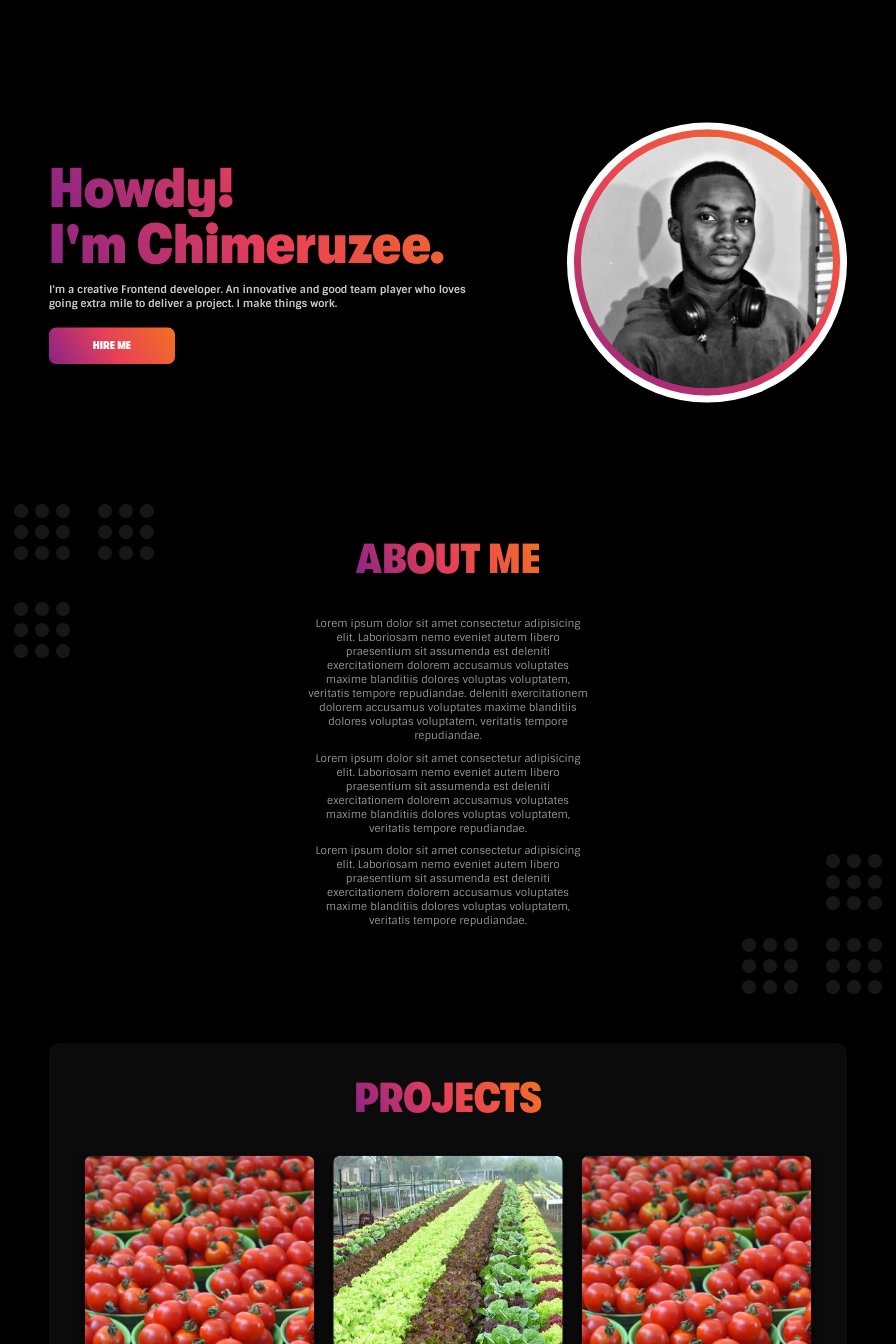
Repository: Ehceyn/ChimeruzeePortfolio
Page: /
These files come from the project's save history. The page is drawn as it stood at one moment and after the next save; the edit follows.
The browser window is 1280 px wide. The pictures show the part of the page from y = 0 to 1920 px (the page is 4485 px tall), at 70% of full size.
The project was rebuilt for these pictures with package versions that can differ from the ones it lists, and the page was loaded fresh each time. The framework's server and built-in components were replaced by stand-ins that run in the browser. Also part of the build but not shown: next.config.js, src/components/Header/Header.js, src/components/Timeline/Timeline.js, src/components/Accomplishments/Accomplishments.js.

Above is the page before, as saved 2022-07-16 21:58:27.

### pages/_app.js
import Layout from "../src/components/Layout/Layout";
import "../styles/global.css";

function MyApp({ Component, pageProps }) {
  return (
    <Layout>
      <Component {...pageProps} />
    </Layout>
  );
}

export default MyApp;

### pages/index.js
import MetaHead from "../src/components/MetaHead/MetaHead";
import Header from "../src/components/Header/Header";
import Hero from "../src/components/Hero/Hero";
import Projects from "../src/components/Projects/Projects";
import Technologies from "../src/components/Technologies/Technologies";
import Timeline from "../src/components/Timeline/Timeline";
import Accomplishments from "../src/components/Accomplishments/Accomplishments";
import Contact from "../src/components/Contact/Contact";
import Footer from "../src/components/Footer/Footer";
import About from "../src/components/About/About";

export default function Home() {
  return (
    <>
      <MetaHead
        title="Chimeruzee | Front-end developer"
        contentKeyword="web development, react development, frontend development, web design, programming"
        contentDescription="A Web designer and developer's portfolio"
      />
      {/* <Header /> */}
      <Hero />
      <About />
      <Projects />
      <Technologies />
      <Contact />
      <Footer />
    </>
  );
}

### src/components/Layout/Layout.js
import React from "react";

function Layout({ children }) {
  return <>{children}</>;
}

export default Layout;

### styles/global.css
@font-face {
  font-family: GTWalsheimPro;
  src: url(/fonts/GTWalsheimPro-CondensedBlack/GTWalsheimPro-CondensedBlack.ttf); /* IE9 Compat Modes */
  src: url(/fonts/GTWalsheimPro-CondensedBlack/GTWalsheimPro-CondensedBlack.ttf?iefix)
      format("embedded-opentype") /* IE6-IE8 */,
    url(/fonts/GTWalsheimPro-CondensedBlack/GTWalsheimPro-CondensedBlack.woff)
      format("woff") /* Super Modern Browsers */,
    url(/fonts/GTWalsheimPro-CondensedBlack/GTWalsheimPro-CondensedBlack.woff2)
      format("woff2") /* Pretty Modern Browsers */,
    url(/fonts/GTWalsheimPro-CondensedBlack/GTWalsheimPro-CondensedBlack.ttf)
      format("truetype"); /* Safari, Android, iOS */
  font-weight: 900;
  font-style: normal;
}

@font-face {
  font-family: Sintony-Bold;
  src: url(/fonts/Sintony/Sintony-Bold.ttf); /* IE9 Compat Modes */
  font-style: normal;
}

@font-face {
  font-family: Sintony-Regular;
  src: url(/fonts/Sintony/Sintony-Regular.ttf); /* IE9 Compat Modes */
  font-style: normal;
}

@tailwind base;
@tailwind components;
@tailwind utilities;

* {
  box-sizing: border-box;
  margin: 0;
  padding: 0;
}
html {
  font-size: 62.5%;
  scroll-behavior: smooth;
  background: black;
}
body {
  font-family: Sintony-Regular, "Segoe UI", sans-serif;
  font-size: 1.6rem;
  background: black;
  color: #ccc;
  cursor: default;
  max-width: 1700px;
  margin: auto;
}
h1 {
  width: 100%;
  height: fit-content;
  color: gray;
  background: -webkit-linear-gradient(210deg, #f27121, #e94057, #8a2387);
  -webkit-background-clip: text;
  -webkit-text-fill-color: transparent;
  flex-wrap: wrap;
}
h2 {
  display: flex;
  align-items: center;
  width: fit-content;
  height: fit-content;
  color: gray;
  background: -webkit-linear-gradient(210deg, #f27121, #e94057, #8a2387);
  -webkit-background-clip: text;
  -webkit-text-fill-color: transparent;
  flex-wrap: wrap;
}
h3 {
  font-family: Sintony-Bold, "Segoe UI", sans-serif;
  line-height: 1.2;
  color: #999;
}

h4 {
  font-family: Sintony-Bold, "Segoe UI", sans-serif;
  line-height: 1.2;
  color: #ccc;
}

p,
a {
  font-size: 0.8em;
  color: #999;
  line-height: 1.5;
}

h1,
h2,
h5,
h6,
button {
  font-family: GTWalsheimPro, "Segoe UI", sans-serif;
}

.card-text {
  overflow: hidden;
  text-overflow: ellipsis;
  display: -webkit-box;
  -webkit-line-clamp: 3; /* number of lines to show */
  -webkit-box-orient: vertical;
}

nav .navlinks {
  display: flex;
  align-items: center;
  width: fit-content;
  height: inherit;
  text-transform: uppercase;
  font-size: 12px;
  font-family: Sintony-Bold, "Segoe UI", sans-serif;
  cursor: pointer;
}

nav .navlinks:focus {
  color: #0070fdff;
}

a {
  text-decoration: none;
  display: block;
}
li {
  list-style: none;
}

.sectionStyle {
  display: flex;
  align-items: center;
  width: 100%;
  height: fit-content;
  padding: 30px 100px;
}

/* Linear Gradient background for hero image */
.background {
  background: -webkit-linear-gradient(210deg, #f27121, #e94057, #8a2387);
}
/* Linear Gradient Border for hero image */
.border-gradient {
  background: linear-gradient(210deg, #0070fdff, #d50098ff, #fd2828) border-box,
    linear-gradient(210deg, #0070fdff, #d50098ff, #fd2828) padding-box;
}

.hero {
  /* position: relative; */
  z-index: 10;
  background-color: rgba(179, 174, 174, 0.562);
}

/* .hero::before {
  content: "";
  background-size: cover;
  position: absolute;
  z-index: -1;
  top: 0px;
  right: 0px;
  bottom: 0px;
  left: 0px;
  opacity: 0.95;
  background: url("/images/meruz-bw.jpg") no-repeat center/cover;
} */
.contact {
  position: absolute;
  z-index: 3;
}
.contact2 {
  content: "";
  position: absolute;
  height: 400px;
  width: 400px;
  border-radius: 50%;
  right: -100px;
  background: -webkit-linear-gradient(
    210deg,
    rgba(0, 114, 253, 0.212),
    rgba(213, 0, 153, 0.26),
    #fd282833
  );
}

/*
   accent1: "hsl(34.9,98.6%,72.9%)",
    button: "hsl(205.1,100%,36.1%)",
    background2: "hsl(232.7,27.3%,23.7%)", */
/* Track */
body::-webkit-scrollbar-track {
  box-shadow: inset 0 0 0px;
  @apply bg-[#222];
  border-radius: none;
}

/* Handle */
body::-webkit-scrollbar-thumb {
  background: #777;
  border-radius: 10px;
}

* {
  scrollbar-width: 10px;
}

/* Handle on hover */
body::-webkit-scrollbar-thumb:hover {
  background: #999;
}

/* Style the other scrollbar  with className  */
::-webkit-scrollbar {
  width: 10px;
}

/* Track */
::-webkit-scrollbar-track {
  box-shadow: inset 0 0 0px;
  @apply bg-transparent;
  border-radius: none;
}

/* Handle */
::-webkit-scrollbar-thumb {
  background: rgba(85, 85, 85, 0.158);
  border-radius: 10px;
}

* {
  scrollbar-width: 10px;
}

/* Handle on hover */
::-webkit-scrollbar-thumb:hover {
  background: rgba(85, 85, 85, 0.158);
}

### src/components/MetaHead/MetaHead.js
import Head from "next/head";

import React from "react";

function MetaHead(props) {
  return (
    <Head>
      <title>{props.title}</title>
      <meta name="description" content={props.contentKeyword} />
      <meta name="keywords" content={props.contentDescription} />
      <link rel="icon" href="/favicon.ico" />
    </Head>
  );
}

export default MetaHead;

### src/components/Hero/Hero.js
import React, { useState } from "react";
import { motion } from "framer-motion";
import Image from "next/image";
import { heroImage } from "../../../animations/animation";

function Hero() {
  const [degree, setDegree] = useState(210);
  setTimeout(() => {
    setInterval(() => {
      if (degree <= 360) {
        setDegree(degree + 5);
      } else {
        setDegree(0);
      }
    }, 1000);
  }, 5000);

  /* Linear Gradient Border for hero image */
  const borderGradient = {
    background: `linear-gradient(${degree}deg, #f27121, #e94057, #8a2387
) border-box, linear-gradient(${degree}deg, #f27121, #e94057, #8a2387
) padding-box`,
  };

  return (
    <section className="flex flex-col-reverse md2:flex-row md2:justify-between justify-center items-center w-full min-h-[100vh]  pt-[80px] pb-20 px-5 md:px-[40px] lg:px-[70px] ">
      {/* <video
        src="/video/vid.mp4"
        className="absolute t-0 inset-x-0 "
        autoPlay
        loop
        muted
      ></video> */}
      <div className="w-fit text-center md2:text-left leading-loose md2:mr-[100px] mt-[40px] md2:mt-0">
        <h1 className="text-7xl md2:text-8xl lg:text-9xl">Howdy! </h1>
        <h1 className="text-7xl md2:text-8xl lg:text-9xl">
          I&apos;m Chimeruzee.
        </h1>
        <h4 className="flex items-center w-fit  font-bold max-w-[800px] h-fit py-5 text-2xl md2:text-2xl md2:px-0 px-5">
          I&apos;m a creative Frontend developer. An innovative and good team
          player who loves going extra mile to deliver a project. I make things
          work.
        </h4>
        <button
          type="button"
          className="text-white mt-5 focus:outline-none uppercase rounded-2xl w-[180px] py-4 text-center background"
        >
          hire me
        </button>
      </div>

      <div className="max-w-[250px] min-w-[250px] md2:max-w-[350px] md2:min-w-[350px] lg:max-w-[400px] lg:min-w-[400px] object-contain ">
        <motion.div
          initial="initial"
          animate="animate"
          transition="transition"
          className="border-[7px] md2:border-[10px] border-white rounded-full object-cover flex justify-center items-center p-[7px] md2:p-[10px] "
          style={borderGradient}
        >
          <Image
            src="/images/meruz-bw.jpg"
            width="400"
            height="400"
            alt="Chimeruzee"
            objectFit="cover"
            className="rounded-full background"
          />
        </motion.div>
      </div>
    </section>
  );
}

export default Hero;

### src/components/Projects/Projects.js
import React from "react";
import Image from "next/image";

function Projects() {
  return (
    <section className="md2:px-[70px] mt-20">
      <div className=" w-full min-h-[80vh] bg-[#2020205b] md2:rounded-3xl py-20">
        <article className="w-full flex justify-center mb-20">
          <h2 className="text-5xl md2:text-6xl lg:text-8xl">PROJECTS</h2>
        </article>
        <div className="w-full grid grid-cols-1 md:grid-cols-2 lg:grid-cols-3 gap-x-10 gap-y-10 px-7 md:px-20">
          {/* All project cards */}
          {[
            { src: "/images/test1.jpg", name: "HTML" },
            { src: "/images/test2.jpg", name: "CSS" },
            { src: "/images/test1.jpg", name: "HTML" },
            { src: "/images/test2.jpg", name: "CSS" },
            { src: "/images/test1.jpg", name: "HTML" },
            { src: "/images/test2.jpg", name: "CSS" },
          ].map((r) => (
            <div
              key={r.name}
              className="group bg-black w-full h-[450px] overflow-hidden rounded-2xl border-[1px] border-gray-900 shadow-lg shadow-black object-cover mx-auto"
            >
              {/* <a href="#"> */}
              <Image
                className="rounded-t-2xl group-hover:scale-105 transition-all duration-200"
                src={r.src}
                alt=""
                width={600}
                height={1050}
                objectFit="cover"
              />
              {/* </a> */}
              {/* <div className="p-5">
                <a href="#">
                  <h4 className="mb-2 text-2xl font-bold tracking-tight">
                    Noteworthy technology acquisitions 2021
                  </h4>
                </a>
                <p className="mb-3 w-[300px] h-30 card-text">
                  Here are the biggest enterprise technology acquisitions of
                  2021 Here are the biggest enterprise technology acquisitions
                  of 2021 technology acquisitions of 2021
                </p>
                <a
                  href="#"
                  className="inline-flex items-center py-2 px-3 text-sm font-medium text-center text-white focus:ring-4 focus:outline-none background rounded-md"
                >
                  Visit site
                  <svg
                    className="ml-2 -mr-1 w-4 h-4 group-hover:translate-x-1 transition-all duration-200 ease-in-out"
                    fill="currentColor"
                    viewBox="0 0 20 20"
                    xmlns="http://www.w3.org/2000/svg"
                  >
                    <path
                      fillRule="evenodd"
                      d="M10.293 3.293a1 1 0 011.414 0l6 6a1 1 0 010 1.414l-6 6a1 1 0 01-1.414-1.414L14.586 11H3a1 1 0 110-2h11.586l-4.293-4.293a1 1 0 010-1.414z"
                      clipRule="evenodd"
                    ></path>
                  </svg>
                </a>
              </div> */}
            </div>
          ))}
        </div>
        <article className="w-full flex justify-center mt-20">
          <button className="group bg-transparent py-2 px-4 uppercase inline-flex items-center">
            View all projects
            <svg
              className="ml-2 -mr-1 w-7 h-7 group-hover:translate-x-1 transition-all duration-200"
              fill="currentColor"
              viewBox="0 0 20 20"
              xmlns="http://www.w3.org/2000/svg"
            >
              <path
                fillRule="evenodd"
                d="M10.293 3.293a1 1 0 011.414 0l6 6a1 1 0 010 1.414l-6 6a1 1 0 01-1.414-1.414L14.586 11H3a1 1 0 110-2h11.586l-4.293-4.293a1 1 0 010-1.414z"
                clipRule="evenodd"
              ></path>
            </svg>
          </button>
        </article>
      </div>
    </section>
  );
}

export default Projects;

### src/components/Technologies/Technologies.js
import React from "react";
import Image from "next/image";

function Technologies() {
  return (
    <section className="md2:px-[70px]">
      <div className=" w-full min-h-[80vh] h-fit py-20">
        <article className="w-full flex justify-center mb-20">
          <h2 className="text-5xl md2:text-6xl lg:text-8xl">TECHNOLOGIES</h2>
        </article>
        <div className="w-full grid grid-cols-2 sm:grid-cols-3 md2:grid-cols-4 gap-x-4 gap-y-10 px-5">
          {[
            { src: "/images/html.png", name: "HTML" },
            { src: "/images/css.png", name: "CSS" },
            { src: "/images/js.png", name: "JavaScript" },
            { src: "/images/react.png", name: "react" },
            { src: "/images/nodejs.png", name: "nodeJS" },
            { src: "/images/nextjs.svg", name: "nextJS" },
            { src: "/images/GraphQL-logo.png", name: "graphQL" },
            { src: "/images/redux.png", name: "Redux" },
            { src: "/images/mongodb.png", name: "MongoDB" },
            { src: "/images/firebase.png", name: "Firebase" },
            { src: "/images/git.png", name: "Git" },
            { src: "/images/tailwind.png", name: "Tailwind" },
          ].map((r, index) => (
            <div
              key={r.name}
              className="group flex flex-col justify-center items-center shadow-xl shadow-black bg-[#2020205b] py-7 px-12 rounded-lg mx-auto"
            >
              <Image
                src={r.src || "/images/GraphQL-logo.png"}
                alt=""
                width={70}
                height={70}
                objectFit="contain"
              />
              <h4 className="mt-5 text-2xl font-bold tracking-tight capitalize">
                {r.name}
              </h4>
            </div>
          ))}
        </div>
        <article className="w-full flex justify-center mt-20">
          <button className="group bg-transparent py-2 px-4 uppercase inline-flex items-center">
            View all technologies
            <svg
              className="ml-2 -mr-1 w-7 h-7 group-hover:translate-x-1 transition-all duration-200"
              fill="currentColor"
              viewBox="0 0 20 20"
              xmlns="http://www.w3.org/2000/svg"
            >
              <path
                fillRule="evenodd"
                d="M10.293 3.293a1 1 0 011.414 0l6 6a1 1 0 010 1.414l-6 6a1 1 0 01-1.414-1.414L14.586 11H3a1 1 0 110-2h11.586l-4.293-4.293a1 1 0 010-1.414z"
                clipRule="evenodd"
              ></path>
            </svg>
          </button>
        </article>
      </div>
    </section>
  );
}

export default Technologies;

### src/components/Footer/Footer.js
import React from "react";
import Image from "next/image";

export default function Footer() {
  return (
    <>
      <div className="px-[70px]">
        <hr className="border-[#2020205b]" />
      </div>
      <div className="grid grid-cols-1 md:grid-cols-3 gap-x-4 gap-y-5 w-full mb-7 px-[70px] py-10 ">
        <article className="flex items-center h-fit mt-5 justify-start">
          <Image
            src="/images/immersewhite.png"
            height="40px"
            width="40px"
            alt="Logo"
            objectFit="contain"
          />
          <h4 className="text-4xl font-bold tracking-tight capitalize ml-10">
            Meruzee
          </h4>
        </article>
        <article className="space-y-7 transition-[border] duration-300 ">
          <h4 className="mt-5  text-2xl font-bold tracking-tight capitalize">
            Site
          </h4>
          <a className="cursor-pointer hover:underline capitalize hover:underline-offset-1 w-fit">
            Home
          </a>
          <a className="cursor-pointer hover:underline capitalize hover:underline-offset-1 w-fit">
            Blog
          </a>
        </article>
        <article className="space-y-7">
          <h4 className="mt-5  text-2xl font-bold tracking-tight capitalize">
            Socials
          </h4>
          <a
            target="_blank"
            rel="noopener noreferrer"
            href="https://www.github.com/ehceyn"
            className="cursor-pointer hover:underline capitalize hover:underline-offset-1 w-fit"
          >
            github
          </a>
          <a
            target="_blank"
            rel="noopener noreferrer"
            href="https://www.linkedin.com/in/chimeruzee-chidum-7417591ba"
            className="cursor-pointer hover:underline capitalize hover:underline-offset-1 w-fit"
          >
            linkedIn
          </a>
          <a
            target="_blank"
            rel="noopener noreferrer"
            href="https://www.twitter.com/chimeruzee1"
            className="cursor-pointer hover:underline capitalize hover:underline-offset-1 w-fit"
          >
            twitter
          </a>
          <a
            target="_blank"
            rel="noopener noreferrer"
            href="https://drive.google.com/file/d/1hPpP44F-gs2xs_Lax_930MiJSpsTbr0T/view?usp=sharing"
            className="cursor-pointer hover:underline capitalize hover:underline-offset-1 w-fit"
          >
            Download Resume
          </a>
        </article>
      </div>
      <div className="w-full flex bg-secondary-darker h-[10vh] bottom-0 text-[#666666] justify-center items-center">
        <p>Copyright &copy;2022 All rights reserved | Meruzee </p>
      </div>
    </>
  );
}

### src/components/About/About.jsx
import React from "react";
import { CgMenuGridO } from "react-icons/cg";

function About() {
  return (
    <section className="">
      <div className=" w-full min-h-[100vh] h-fit py-20 relative ">
        <section className=" w-full  ">
          <article className="w-full flex justify-center mb-10 md:mb-20">
            <h2 className="text-5xl md2:text-6xl lg:text-8xl">ABOUT ME</h2>
          </article>
          <div className="w-full flex flex-col items-center space-y-5 px-7 md2:px-0">
            <p className="text-[#999] text-2xl max-w-[400px] text-center ">
              Lorem ipsum dolor sit amet consectetur adipisicing elit.
              Laboriosam nemo eveniet autem libero praesentium sit assumenda est
              deleniti exercitationem dolorem accusamus voluptates maxime
              blanditiis dolores voluptas voluptatem, veritatis tempore
              repudiandae. deleniti exercitationem dolorem accusamus voluptates
              maxime blanditiis dolores voluptas voluptatem, veritatis tempore
              repudiandae.
            </p>
            <p className="text-[#999] text-2xl max-w-[400px] text-center">
              Lorem ipsum dolor sit amet consectetur adipisicing elit.
              Laboriosam nemo eveniet autem libero praesentium sit assumenda est
              deleniti exercitationem dolorem accusamus voluptates maxime
              blanditiis dolores voluptas voluptatem, veritatis tempore
              repudiandae.
            </p>
            <p className="text-[#999] text-2xl max-w-[400px] text-center">
              Lorem ipsum dolor sit amet consectetur adipisicing elit.
              Laboriosam nemo eveniet autem libero praesentium sit assumenda est
              deleniti exercitationem dolorem accusamus voluptates maxime
              blanditiis dolores voluptas voluptatem, veritatis tempore
              repudiandae.
            </p>
          </div>
        </section>

        <section className="absolute top-0 w-full">
          <div className="w-full relative min-h-[100vh]">
            <div className="absolute top-0 left-0">
              <div className="flex transform -translate-y-8">
                <CgMenuGridO className="text-[80px] md2:text-[120px] text-[#46444456]" />
                <CgMenuGridO className="text-[80px] md2:text-[120px] text-[#46444456]" />
              </div>
              <div>
                <CgMenuGridO className="text-[80px] md2:text-[120px] text-[#46444456]" />
              </div>
            </div>
            <div className="absolute bottom-0 right-0">
              <div className="w-full flex justify-end">
                <CgMenuGridO className="text-[80px] md2:text-[120px] text-[#46444456]" />
              </div>
              <div className="flex">
                <CgMenuGridO className="text-[80px] md2:text-[120px] text-[#46444456]" />
                <CgMenuGridO className="text-[80px] md2:text-[120px] text-[#46444456]" />
              </div>
            </div>
          </div>
        </section>
      </div>
    </section>
  );
}

export default About;

### animations/animation.js
export const heroImage = {
  initial: {
    rotate: 0,
    // x: -100
  },
  animate: {
    rotate: 180,
    // x: 100
  },
  transition: {
    type: "tween",
    ease: "easeInOut",
    repeat: "Infinity",
    duration: 0.2,
  },
};

### tailwind.config.js
/** @type {import('tailwindcss').Config} */
module.exports = {
  mode: "jit",
  content: ["./src/**/*.{js,jsx,ts,tsx}", "./pages/**/*.{js,jsx,ts,tsx}"],
  theme: {
    extend: {},
    screens: {
      xs: "460px",
      // => @media (min-width: 460px) { ... }
      sm: "640px",
      // => @media (min-width: 640px) { ... }

      md: "768px",
      // => @media (min-width: 768px) { ... }

      md2: "960px",
      // => @media (min-width: 1000px) { ... }

      lg: "1220px",
      // => @media (min-width: 1220px) { ... }

      xl: "1280px",
      // => @media (min-width: 1280px) { ... }

      "2xl": "1536px",
      // => @media (min-width: 1536px) { ... }
    },
  },
  plugins: [],
};

Loaded but not shown: pages/_document.js (common file); src/components/Contact/Contact.js (112 lines, source omitted)

After the next save:
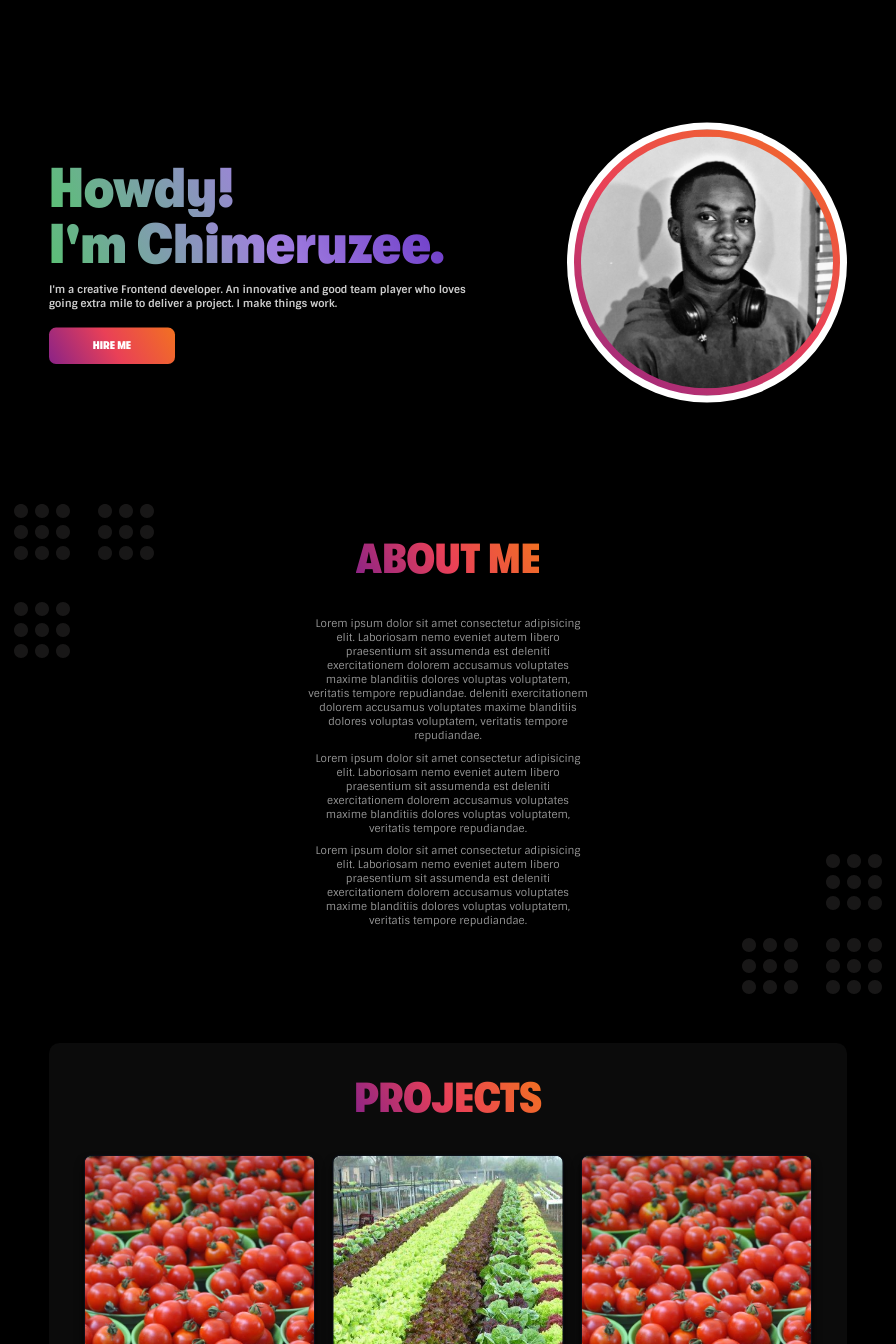
Saved 2 min 24 s later.
--- a/styles/global.css
+++ b/styles/global.css
@@ -52,7 +52,7 @@ h1 {
   width: 100%;
   height: fit-content;
   color: gray;
-  background: -webkit-linear-gradient(210deg, #f27121, #e94057, #8a2387);
+  background: -webkit-linear-gradient(210deg, #5d26c1, #a17fe0, #59c173);
   -webkit-background-clip: text;
   -webkit-text-fill-color: transparent;
   flex-wrap: wrap;
